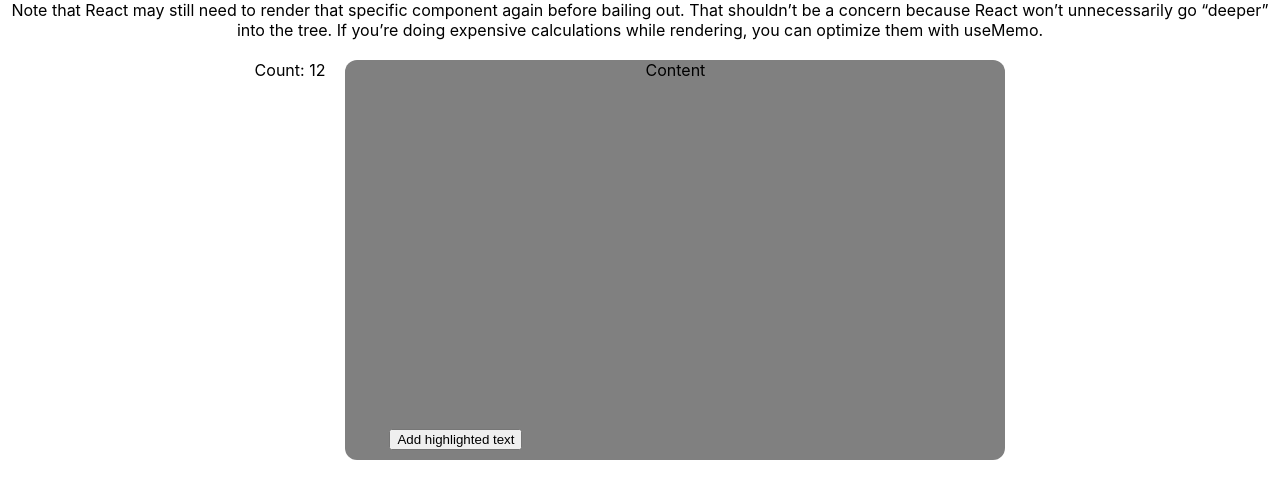
Repository: Farbod29/React-text-highlighter-with-hook-
Page: /
An editor plug-in stored every save of this project. The page is shown before and after the next save, followed by the edit.
The browser window is 1280 px wide. The pictures show the whole page.
The project was rebuilt for these pictures with package versions that can differ from the ones it lists, and the page was loaded fresh each time.

Above is the page before, as saved 2022-02-18 21:29:37.

After the next save:
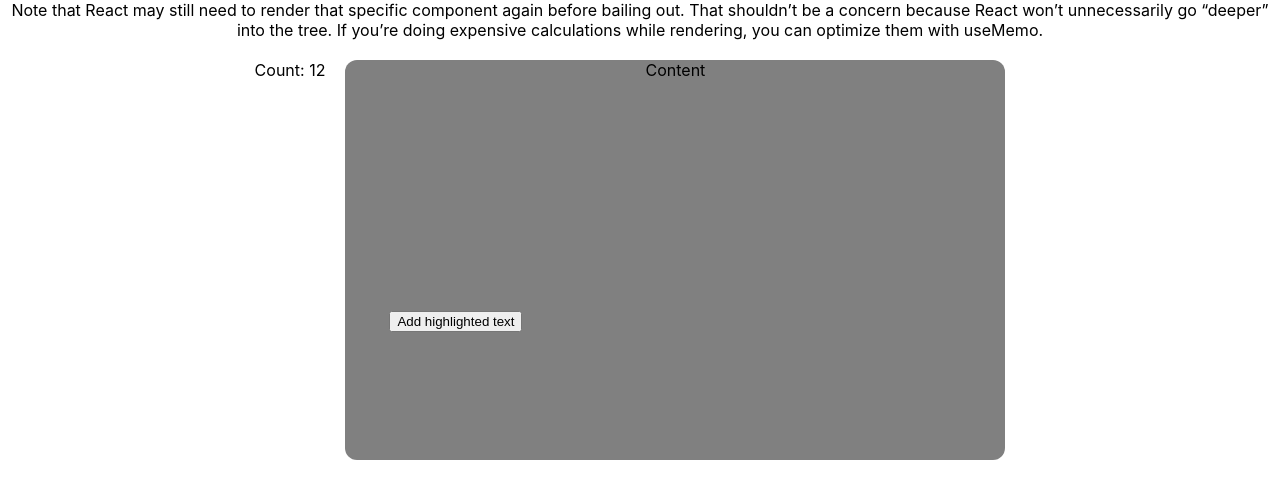
Saved 6 s later.
--- a/src/highlighter.js
+++ b/src/highlighter.js
@@ -34,7 +34,7 @@ export default function Highlighter() {
         }}
       >
         Content
-        <div style={{ position: 'absolute', bottom: '10px', left: '44px' }}>
+        <div style={{ position: 'absolute', bottom: '10vw', left: '44px' }}>
           <button onClick={() => setCount(12)}> Add highlighted text </button>
         </div>
       </div>
